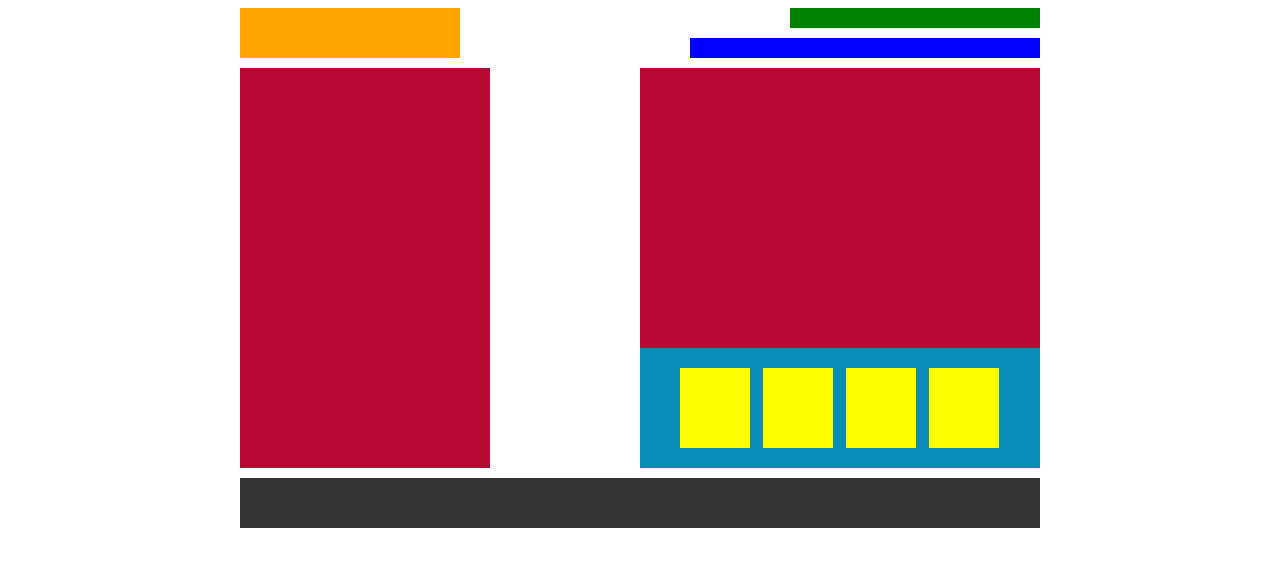
Repository: Tdaine/node
Page: css/code/floatWebLayout.html
These files come from the project's save history. The page is drawn as it stood at one moment and after the next save; the edit follows.
The browser window is 1280 px wide. The pictures show the whole page.

Above is the page before, as saved 2021-04-28 15:44:49.

### css/code/floatWebLayout.html
<!DOCTYPE html>
<html lang="en">
<head>
  <meta charset="UTF-8">
  <meta http-equiv="X-UA-Compatible" content="IE=edge">
  <meta name="viewport" content="width=device-width, initial-scale=1.0">
  <title>Document</title>
  <style>
    header{
      width: 800px;
      height: 50px;
      margin: 0 auto;
    }
    .content{
      width: 800px;
      height: 400px;
      margin: 10px auto;
    }
    footer{
      width: 800px;
      height: 50px;
      margin: 0 auto;
      background-color: #333;
    }
    header .logo{
      width: 220px;
      height: 50px;
      float: left;
      background-color: orange;
    }
    header .login{
      width: 250px;
      height: 20px;
      float: right;
      background-color: green;
    }
    nav{
      width: 350px;
      height: 20px;
      float: right;
      margin-top: 10px;
      background-color: blue;
    }

    .content .ad{
      width: 250px;
      height: 400px;
      float: left;
      background-color: #b60934;
    }
    .content main{
      width: 400px;
      height: 400px;
      float: right;
      background-color: rgb(9, 141, 182);
    }
    .content main .banner{
      width: 400px;
      height: 280px;
      background-color: #b60934;
    }
    .content main .pics{
      width: 400px;
      height: 80px;
      margin-top: 20px;
    }
    .content main .pics ul{
      list-style: none;
    }
    .content main .pics ul li{
      float: left;
      width: 70px;
      height: 80px;
      background-color: yellow;
      margin-right: 13px;
    }

  </style>
</head>
<body>
  <header>
    <div class="logo"></div>
    <div class="login"></div>
    <nav></nav>
  </header>
  <section class="content">
    <aside class="ad"></aside>
    <main>
      <div class="banner"></div>
      <div class="pics">
        <ul>
          <li></li>
          <li></li>
          <li></li>
          <li></li>
        </ul>
      </div>
    </main>
  </section>
  <footer>

  </footer>
</body>
</html>

After the next save:
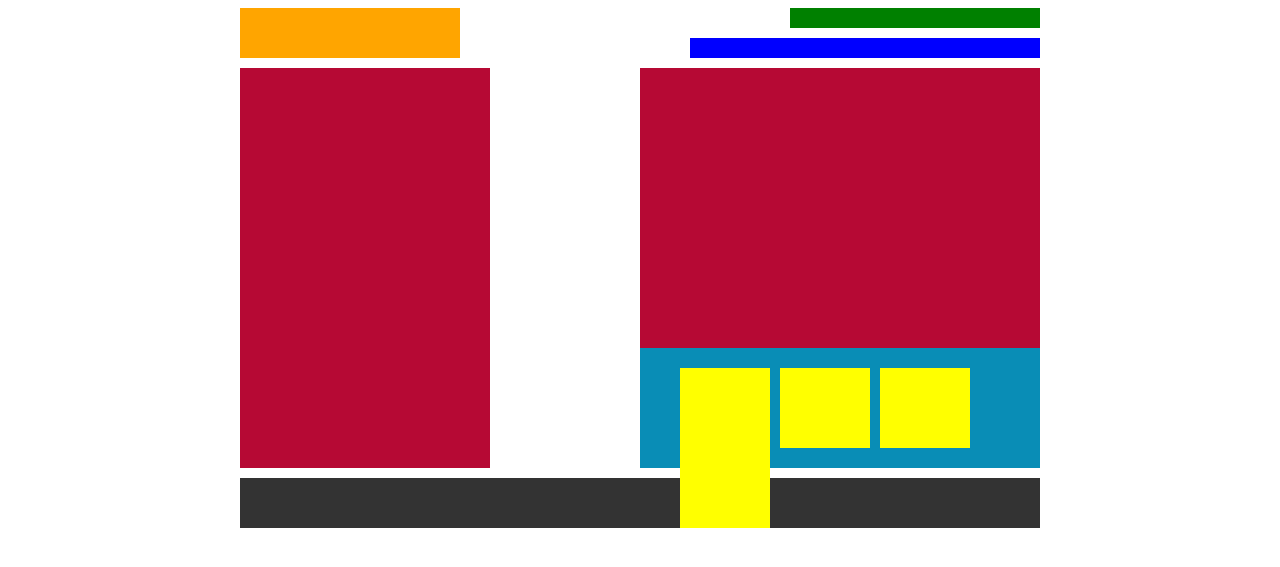
Saved 25 s later.
--- a/css/code/floatWebLayout.html
+++ b/css/code/floatWebLayout.html
@@ -69,10 +69,10 @@
     }
     .content main .pics ul li{
       float: left;
-      width: 70px;
+      width: 90px;
       height: 80px;
       background-color: yellow;
-      margin-right: 13px;
+      margin-right: 10px;
     }
 
   </style>
